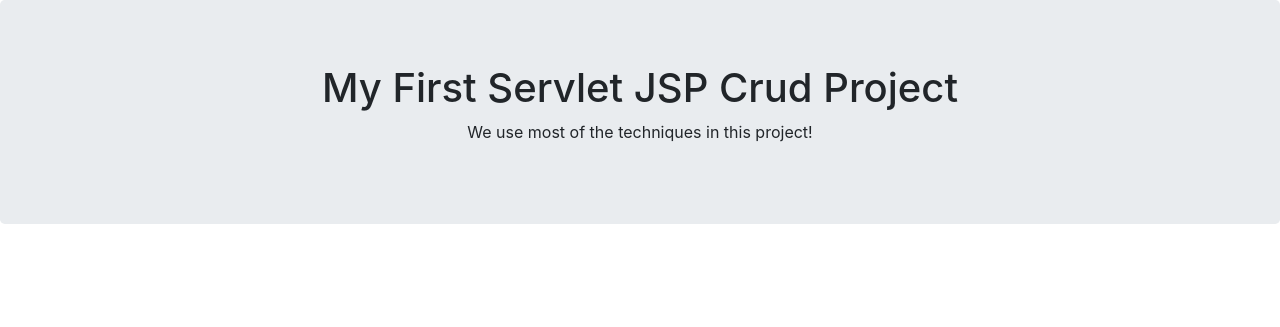
Repository: jagasia/sep-07
Page: http://localhost/sep-07-04/signup.jsp
The author's editor kept a copy of each file at every save. The page is drawn from the files as they stood at one save, then again after the next save.
The browser window is 1280 px wide. The pictures show the whole page.
The page is served by Tomcat 9. Other server files are loaded and not shown.

Above is the page before, as saved 2022-09-07 09:48:06.

### sep-07-04/WebContent/signup.jsp
<%@ page language="java" contentType="text/html; charset=ISO-8859-1"
    pageEncoding="ISO-8859-1"%>
<!DOCTYPE html>
<html>
<head>
<meta charset="ISO-8859-1">
<title>Insert title here</title>
  <link rel="stylesheet" href="https://cdn.jsdelivr.net/npm/bootstrap@4.6.1/dist/css/bootstrap.min.css">
  <script src="https://cdn.jsdelivr.net/npm/jquery@3.6.0/dist/jquery.slim.min.js"></script>
  <script src="https://cdn.jsdelivr.net/npm/popper.js@1.16.1/dist/umd/popper.min.js"></script>
  <script src="https://cdn.jsdelivr.net/npm/bootstrap@4.6.1/dist/js/bootstrap.bundle.min.js"></script>
</head>
<body>
<div class="jumbotron text-center">
  <h1>My First Servlet JSP Crud Project</h1>
  <p>We use most of the techniques in this project!</p>
</div>

<div class="container">
  <div class="row">
    <div class="col-sm-4">
      <h3></h3>

    </div>
    <div class="col-sm-4">
      <h3></h3>

    </div>
    <div class="col-sm-4">
      <h3></h3>

    </div>
  </div>
</div>
</body>
</html>

After the next save:
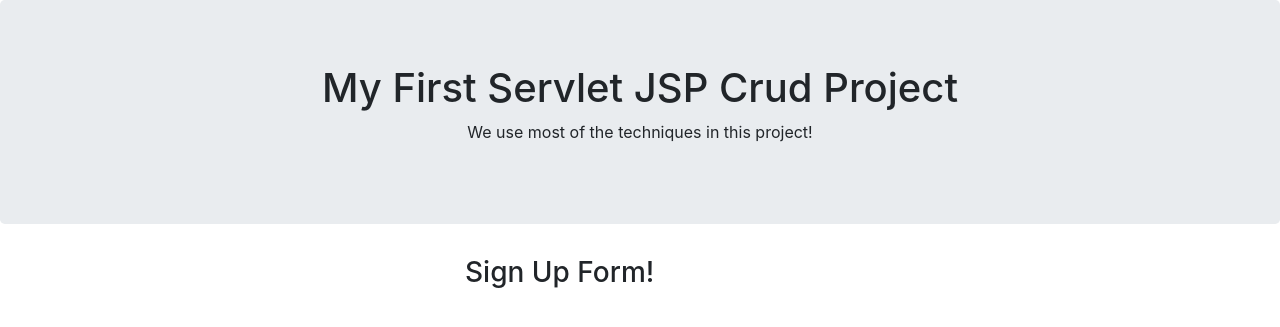
Saved 11 s later.
--- a/sep-07-04/WebContent/signup.jsp
+++ b/sep-07-04/WebContent/signup.jsp
@@ -23,7 +23,7 @@
 
     </div>
     <div class="col-sm-4">
-      <h3></h3>
+      <h3>Sign Up Form!</h3>
 
     </div>
     <div class="col-sm-4">
